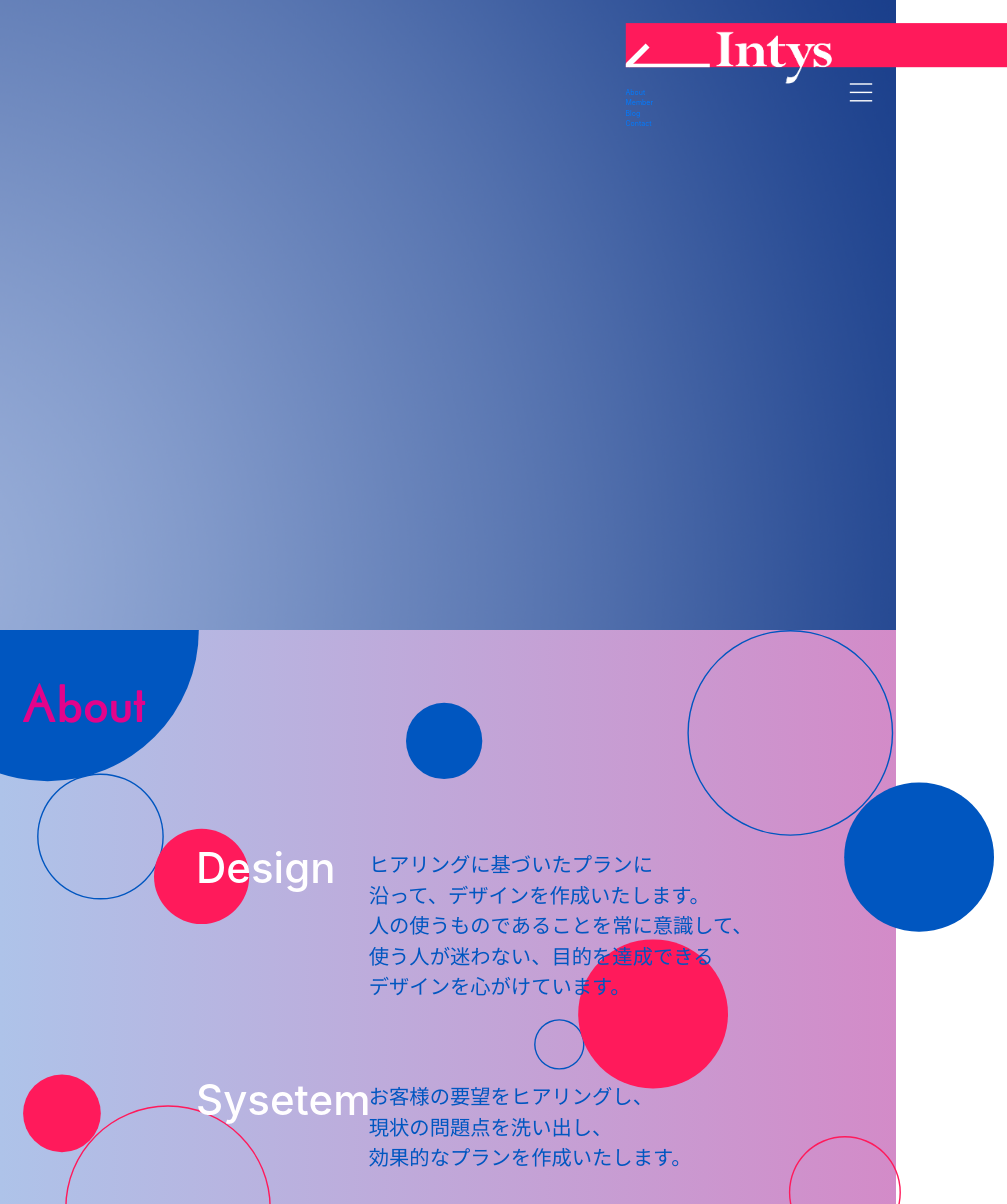
Repository: taku22/intys-hp-2
Page: index.html
The author's editor kept a record of every edit. The page is drawn from the files as they stood at one moment, then again after the next edit.
The browser window is 1280 px wide. The page is 1438 px wide, so the pictures cover 1438 px, including what lies to the right of the window. The pictures show the part of the page from y = 0 to 1720 px (the page is 4311 px tall), at 70% of full size.

Above is the page before.

After the next edit:
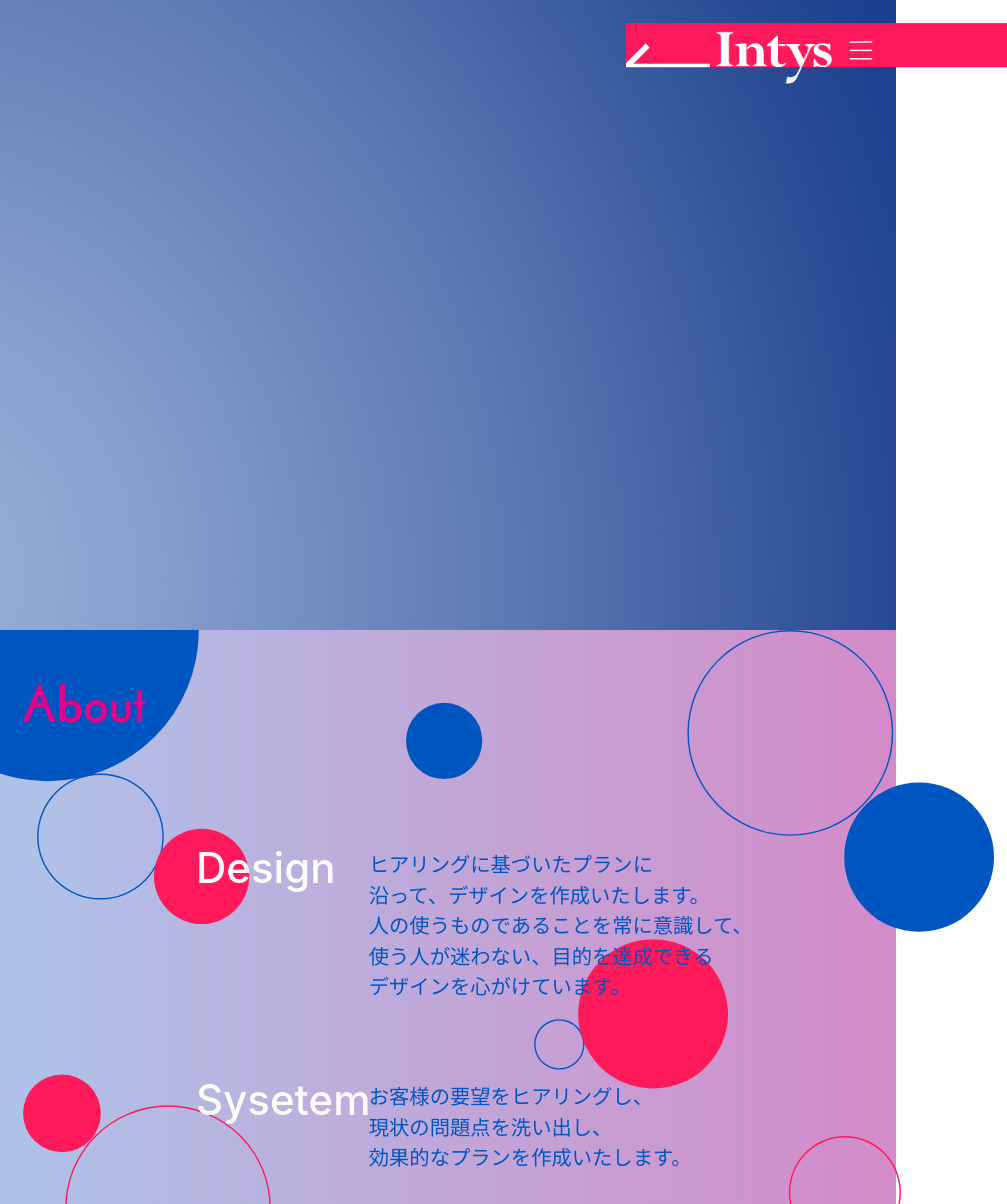
The edit:
--- a/index.html
+++ b/index.html
@@ -19,7 +19,7 @@
             <img src="img/intys_logo01_white.png" class="logo" id="logo"></img>
             <div class="arrow-is-opened dis-arrow" id="arrow-is-opened"></div>
 
-            <div class="li">
+            <div class="dis-menu-list menu-list" id="menu-list">
                 <ul>
                     <li><a href="#1">About</a></li>
                     <li><a href="#1">Member</a></li>
